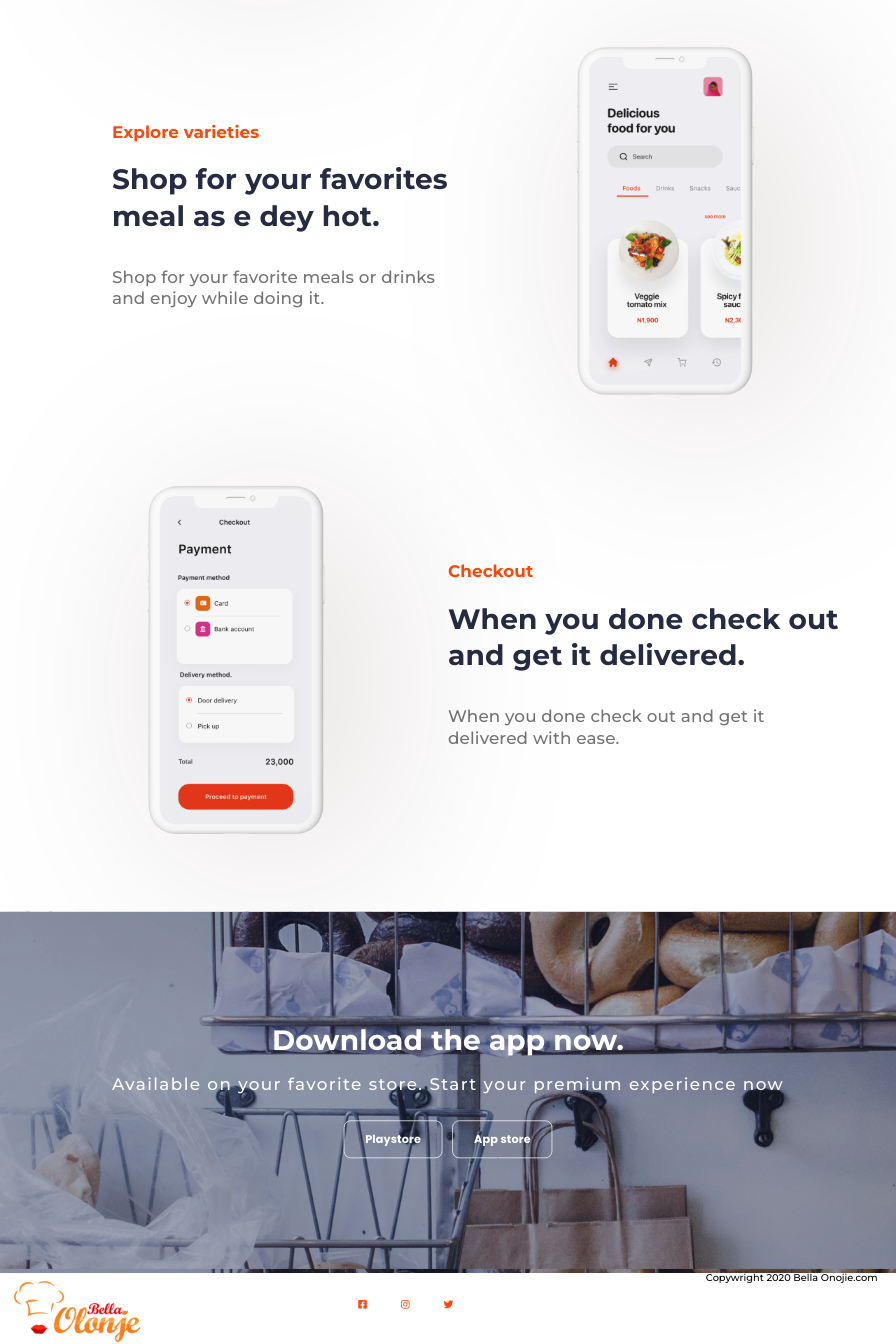
Repository: hoangnguyendev19/food_app
Page: index.html
An editor plug-in stored every save of this project. The page is shown before and after the next save, followed by the edit.
The browser window is 1280 px wide. The pictures show the part of the page from y = 2162 to 4082 px (the page is 4082 px tall), at 70% of full size.
Some web libraries are served in a nearby version. The style sheet was rebuilt from its Sass, Less or Tailwind sources for each picture, by a compiler version that may differ from the author's.

Above is the page before, as saved 2021-11-08 21:44:21.

After the next save:
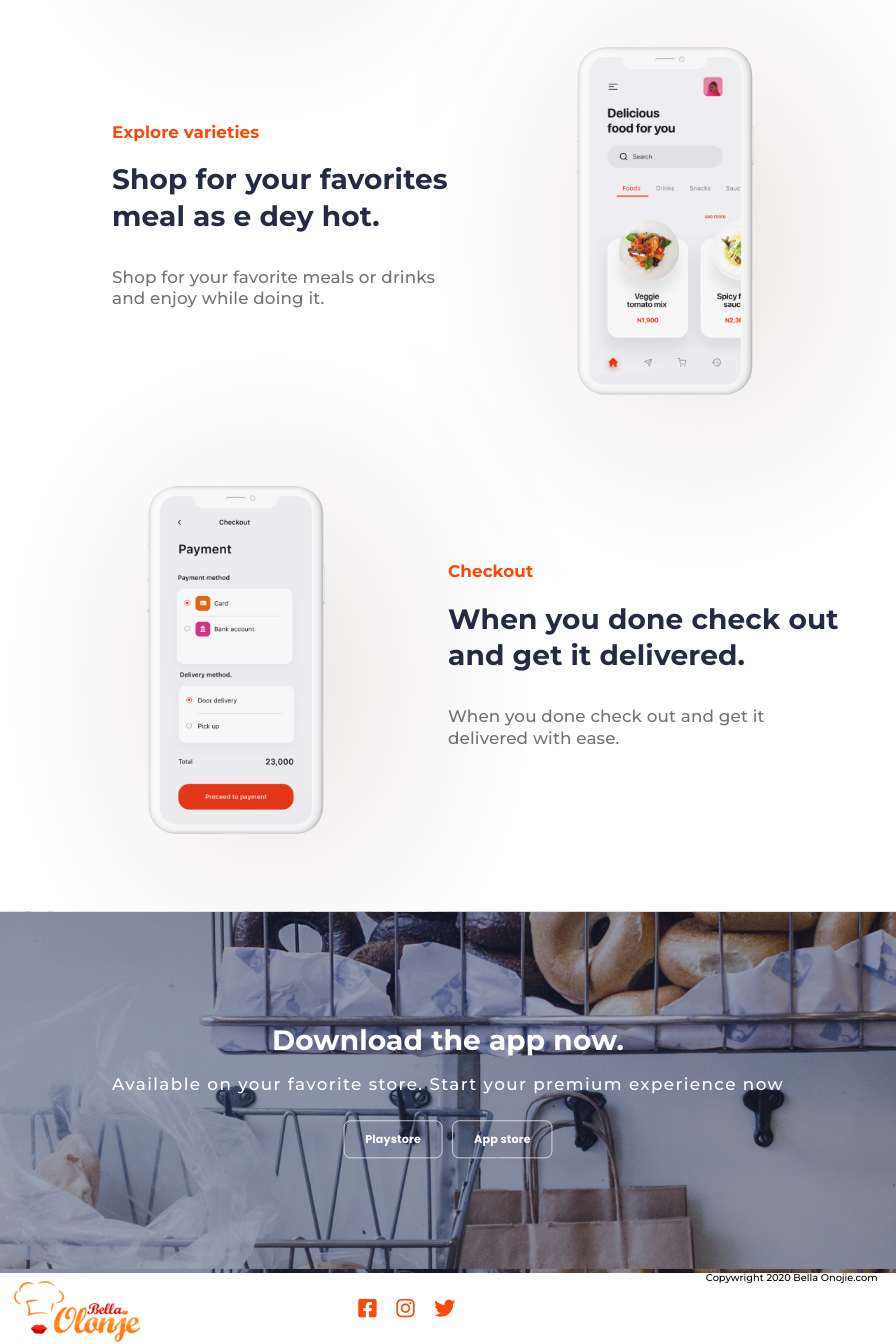
Saved 38 s later.
--- a/app/styles/layout/_footer.scss
+++ b/app/styles/layout/_footer.scss
@@ -10,8 +10,8 @@
         @include flexBox(center);
     }
     &__icons {
-        @include size(3.3rem, 2.7rem);
         color: $primary-color;
+        font-size: 3rem;
     }
     &__icons:not(:last-child) {
         margin-right: 2.8rem;
